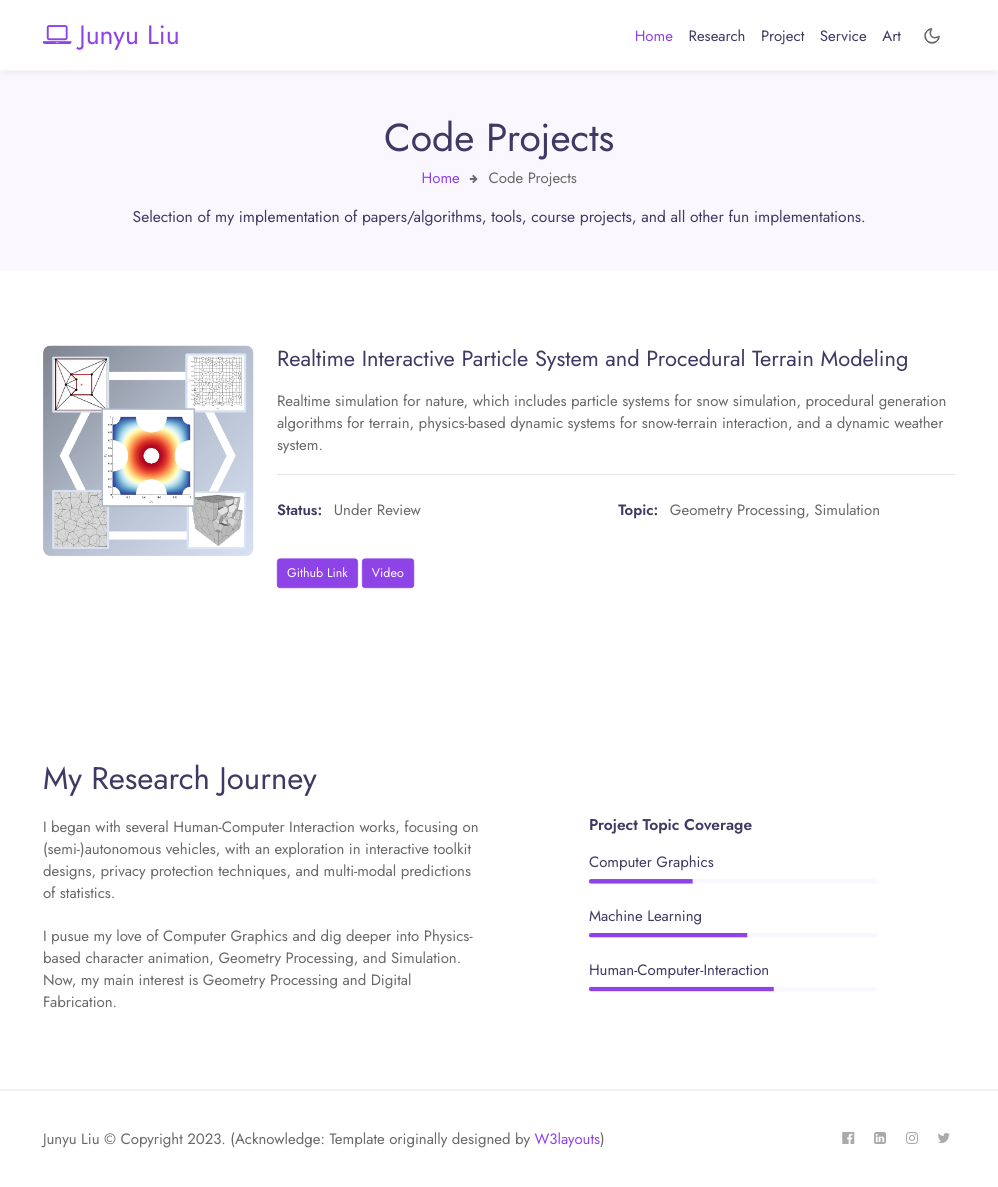
Repository: Junyu-Liu-Nate/junyu-liu-nate.github.io
Page: project.html
The author's editor kept a copy of each file at every save. The page is drawn from the files as they stood at one save, then again after a run of saves.
The browser window is 1280 px wide. The pictures show the whole page, at 78% of full size.

Above is the page before, as saved 2024-04-10 18:04:56.
Console error: TypeError: Cannot read properties of null (reading 'classList')

### project.html
<!--
Author: Junyu Liu
Author: W3layouts
Author URL: http://w3layouts.com
-->
<!doctype html>
<html lang="en">

<head>
  <!-- Required meta tags -->
  <meta charset="utf-8">
  <meta name="viewport" content="width=device-width, initial-scale=1, shrink-to-fit=no">

  <title>Junyu Liu - Projects</title>

  <!-- google fonts -->
  <link href="//fonts.googleapis.com/css2?family=Jost:wght@300;400;600&display=swap" rel="stylesheet">

  <!-- Template CSS -->
  <link rel="stylesheet" href="assets/css/style-starter.css">
</head>

<body>
<!-- header -->
<header id="site-header" class="fixed-top">
  <div class="container">
      <nav class="navbar navbar-expand-lg stroke">
          <a class="navbar-brand" href="index.html">
              <span class="fa fa-laptop"></span> Junyu Liu
          </a>
          <!-- if logo is image enable this
      <a class="navbar-brand" href="#index.html">
          <img src="image-path" alt="Your logo" title="Your logo" style="height:35px;" />
      </a> -->
          <button class="navbar-toggler  collapsed bg-gradient" type="button" data-toggle="collapse"
              data-target="#navbarTogglerDemo02" aria-controls="navbarTogglerDemo02" aria-expanded="false"
              aria-label="Toggle navigation">
              <span class="navbar-toggler-icon fa icon-expand fa-bars"></span>
              <span class="navbar-toggler-icon fa icon-close fa-times"></span>
              </span>
          </button>

          <div class="collapse navbar-collapse" id="navbarTogglerDemo02">
            <ul class="navbar-nav ml-auto">
                <li class="nav-item active">
                    <a class="nav-link" href="index.html">Home <span class="sr-only">(current)</span></a>
                </li>
                <li class="nav-item @@research_active">
                    <a class="nav-link" href="research.html">Research</a>
                </li>
                <li class="nav-item @@project_active">
                  <a class="nav-link" href="project.html">Project</a>
                </li>
                <li class="nav-item @@service_active">
                  <a class="nav-link" href="service.html">Service</a>
                </li>
                <li class="nav-item @@art_active">
                    <a class="nav-link" href="art.html">Art</a>
                </li>
            </ul>
        </div>
          <!-- toggle switch for light and dark theme -->
          <div class="mobile-position">
              <nav class="navigation">
                  <div class="theme-switch-wrapper">
                      <label class="theme-switch" for="checkbox">
                          <input type="checkbox" id="checkbox">
                          <div class="mode-container">
                              <i class="gg-sun"></i>
                              <i class="gg-moon"></i>
                          </div>
                      </label>
                  </div>
              </nav>
          </div>
          <!-- //toggle switch for light and dark theme -->
      </nav>
  </div>
</header>
<!-- //header -->

<!-- about breadcrumb -->
<section class="w3l-about-breadcrumb text-center">
    <div class="breadcrumb-bg breadcrumb-bg-about py-sm-5 py-4">
        <div class="container py-2">
            <h2 class="title">Code Projects</h2>
            <ul class="breadcrumbs-custom-path mt-2">
                <li><a href="index.html">Home</a></li>
                <li class="active"><span class="fa fa-arrow-right mx-2" aria-hidden="true"></span> Code Projects </li>
            </ul>
            <br>
            <h5>Selection of my implementation of papers/algorithms, tools, course projects, and all other fun implementations.</h5>
        </div>
    </div>
</section>
<!-- //about breadcrumb -->

<!-- about page about section -->
<section class="w3l-aboutblock1" id="about">
    <div class="midd-w3 py-5">
        <div class="container py-lg-5 py-md-3">
              <div class="row">
                <div class="col-lg-3">
                  <div class="position-relative">
                      <img src="assets/images/project/thumnail/port-FEM-vs-VEM.png" alt="" class="radius-image img-fluid">
                  </div>
                </div>
                <div class="col-lg-9 mt-lg-0 mt-5">
                    <!-- <h5 class="title-small mb-2">Hello, I am UI/UX Designer</h5> -->
                    <h3 class="title">Realtime Interactive Particle System and Procedural Terrain Modeling</h3>
                    <p class="mt-4">
                      Realtime simulation for nature, which includes particle systems for snow simulation, procedural generation algorithms for terrain, physics-based dynamic systems for snow-terrain interaction, and a dynamic weather system.
                    </p>
                    <!-- <p class="mt-4">Proposed, developed and validated the first formalization method of Feint actions, the Palindrome-directed Generation of Feint. Designed and developed an automatic Feint generation model, FeintNet, to incorporate action-level policy designs with the formalization, enabling the effectiveness of Feint in multi-agent scenarios. The experiment results show that Feint actions brings overall benefits and introduce a great extent of diversity in Multi-Player Games.</p> -->
                    <div class="my-info mt-4">
                        <div class="single-info"><span>Status:</span>
                            <p>Under Review</p>
                        </div>
                        <div class="single-info"><span>Topic:</span>
                          <p>Geometry Processing, Simulation</p>
                        </div>
                    </div>
                    <div class="mt-sm-5 mt-4">
                      <a href="projects/Polygedral.html" class="btn btn-primary">Github Link</a>
                      <a href="https://youtu.be/e83U_-0MTHk" class="btn btn-primary">Video</a>
                      <!-- <a href="#download" class="btn btn-primary">Paper</a> -->
                      <!-- <a href="#download" class="btn btn-primary">Code</a> -->
                      <!-- <a href="#download" class="btn btn-primary">Video</a> -->
                    </div>
                    <!-- <div class="my-social mt-lg-3 mt-4">
                        <a href="#download" class="btn btn-style btn-primary">Detailed Info</a>
                        <ul class="social m-0 p-0">
                            <a href="#download" class="btn btn-outline-primary btn-style mr-2">Website</a>
                            <a href="#download" class="btn btn-outline-primary btn-style mr-2">Paper</a>
                            <a href="#download" class="btn btn-outline-primary btn-style mr-2">Code</a>
                        </ul>
                    </div> -->
                </div>
            </div>

            <!-- <p><br>-----------------------------------------------------------------------------------------------------------------------------------------------------------------------------------<br><br></p> -->
            <p><br></p>

        </div>
    </div>
</section>
<!-- //about page about section -->

<!-- about page third section -->
<section class="w3l-content-6 py-5">
    <div class="content-6-mian py-lg-5 py-md-4">
        <div class="container">
            <div class="content-info-in row">
                <div class="content-gd col-lg-6">
                    <h3 class="title-big mb-4">My Research Journey</h3>
                    <p>
                      I began with several Human-Computer Interaction works, focusing on (semi-)autonomous vehicles, with an exploration in interactive toolkit designs, privacy protection techniques, and multi-modal predictions of statistics.
                      <br><br>

                      I pusue my love of Computer Graphics and dig deeper into Physics-based character animation, Geometry Processing, and Simulation. Now, my main interest is Geometry Processing and Digital Fabrication.
                    </p>
                </div>
                <div class="content-gd col-lg-4 offset-lg-1">
                    <br><br><br>
                    <h5><b>Project Topic Coverage</b></h5><br>
                    <div class="progress-info">
                        <h6 class="progress-tittle">Computer Graphics</h6>
                        <div class="progress">
                            <div class="progress-bar progress-bar-striped" role="progressbar" style="width: 36%"
                                aria-valuenow="36" aria-valuemin="0" aria-valuemax="100">
                            </div>
                        </div>
                    </div>
                    <div class="progress-info">
                        <h6 class="progress-tittle">Machine Learning
                        </h6>
                        <div class="progress">
                            <div class="progress-bar progress-bar-striped" role="progressbar" style="width: 55%"
                                aria-valuenow="55" aria-valuemin="0" aria-valuemax="100">
                            </div>
                        </div>
                    </div>
                    <div class="progress-info">
                        <h6 class="progress-tittle">Human-Computer-Interaction</h6>
                        <div class="progress">
                            <div class="progress-bar progress-bar-striped" role="progressbar" style="width: 64%"
                                aria-valuenow="64" aria-valuemin="0" aria-valuemax="100">
                            </div>
                        </div>
                    </div>
                </div>
            </div>
        </div>
    </div>
</section>
<!-- about page third section -->

<!-- Footer -->
<section class="w3l-footer py-sm-5 py-4">
  <div class="container">
    <div class="footer-content">
      <div class="row">
        <div class="col-lg-8 footer-left">
          <p class="m-0">Junyu Liu © Copyright 2023. (Acknowledge: Template originally designed by <a href="https://w3layouts.com">W3layouts</a>)</p>
        </div>
        <div class="col-lg-4 footer-right text-lg-right text-center mt-lg-0 mt-3">
          <ul class="social m-0 p-0">
            <li><a href="#facebook"><span class="fa fa-facebook-official"></span></a></li>
            <li><a href="#linkedin"><span class="fa fa-linkedin-square"></span></a></li>
            <li><a href="#instagram"><span class="fa fa-instagram"></span></a></li>
            <li><a href="#twitter"><span class="fa fa-twitter"></span></a></li>
          </ul>
        </div>
      </div>
    </div>
  </div>

  <!-- move top -->
  <button onclick="topFunction()" id="movetop" title="Go to top">
    <span class="fa fa-angle-up"></span>
  </button>
  <script>
    // When the user scrolls down 20px from the top of the document, show the button
    window.onscroll = function () {
      scrollFunction()
    };

    function scrollFunction() {
      if (document.body.scrollTop > 20 || document.documentElement.scrollTop > 20) {
        document.getElementById("movetop").style.display = "block";
      } else {
        document.getElementById("movetop").style.display = "none";
      }
    }

    // When the user clicks on the button, scroll to the top of the document
    function topFunction() {
      document.body.scrollTop = 0;
      document.documentElement.scrollTop = 0;
    }
  </script>
  <!-- /move top -->
</section>
<!-- //Footer -->

<!-- all js scripts and files here -->

<script src="assets/js/theme-change.js"></script><!-- theme switch js (light and dark)-->

<script src="assets/js/jquery-3.3.1.min.js"></script><!-- default jQuery -->

<!-- /typig-text-->
<script>
  const typedTextSpan = document.querySelector(".typed-text");
  const cursorSpan = document.querySelector(".cursor");

  const textArray = ["UI/UX Designer", "Freelancer", "Web developer"];
  const typingDelay = 200;
  const erasingDelay = 10;
  const newTextDelay = 100; // Delay between current and next text
  let textArrayIndex = 0;
  let charIndex = 0;

  function type() {
    if (charIndex < textArray[textArrayIndex].length) {
      if (!cursorSpan.classList.contains("typing")) cursorSpan.classList.add("typing");
      typedTextSpan.textContent += textArray[textArrayIndex].charAt(charIndex);
      charIndex++;
      setTimeout(type, typingDelay);
    } else {
      cursorSpan.classList.remove("typing");
      setTimeout(erase, newTextDelay);
    }
  }

  function erase() {
    if (charIndex > 0) {
      // add class 'typing' if there's none
      if (!cursorSpan.classList.contains("typing")) {
        cursorSpan.classList.add("typing");
      }
      typedTextSpan.textContent = textArray[textArrayIndex].substring(0, 0);
      charIndex--;
      setTimeout(erase, erasingDelay);
    } else {
      cursorSpan.classList.remove("typing");
      textArrayIndex++;
      if (textArrayIndex >= textArray.length) textArrayIndex = 0;
      setTimeout(type, typingDelay);
    }
  }

  document.addEventListener("DOMContentLoaded", function () { // On DOM Load initiate the effect
    if (textArray.length) setTimeout(type, newTextDelay + 250);
  });
</script>
<!-- //typig-text-->

<!-- services owlcarousel -->
<script src="assets/js/owl.carousel.js"></script>

<!-- script for services -->
<script>
  $(document).ready(function () {
    $('.owl-two').owlCarousel({
      loop: true,
      margin: 30,
      nav: false,
      responsiveClass: true,
      autoplay: false,
      autoplayTimeout: 5000,
      autoplaySpeed: 1000,
      autoplayHoverPause: false,
      responsive: {
        0: {
          items: 1,
          nav: false
        },
        480: {
          items: 1,
          nav: false
        },
        700: {
          items: 1,
          nav: false
        },
        1090: {
          items: 3,
          nav: false
        }
      }
    })
  })
</script>
<!-- //script for services -->

<!-- script for tesimonials carousel slider -->
<script>
  $(document).ready(function () {
    $("#owl-demo1").owlCarousel({
      loop: true,
      margin: 20,
      nav: false,
      responsiveClass: true,
      responsive: {
        0: {
          items: 1,
          nav: false
        },
        736: {
          items: 1,
          nav: false
        },
        1000: {
          items: 2,
          nav: false,
          loop: false
        }
      }
    })
  })
</script>
<!-- //script for tesimonials carousel slider -->

<!-- video popup -->
<script src="assets/js/jquery.magnific-popup.min.js"></script>
<script>
  $(document).ready(function () {
    $('.popup-with-zoom-anim').magnificPopup({
      type: 'inline',

      fixedContentPos: false,
      fixedBgPos: true,

      overflowY: 'auto',

      closeBtnInside: true,
      preloader: false,

      midClick: true,
      removalDelay: 300,
      mainClass: 'my-mfp-zoom-in'
    });

    $('.popup-with-move-anim').magnificPopup({
      type: 'inline',

      fixedContentPos: false,
      fixedBgPos: true,

      overflowY: 'auto',

      closeBtnInside: true,
      preloader: false,

      midClick: true,
      removalDelay: 300,
      mainClass: 'my-mfp-slide-bottom'
    });
  });
</script>
<!-- //video popup -->

<!-- stats number counter-->
<script src="assets/js/jquery.waypoints.min.js"></script>
<script src="assets/js/jquery.countup.js"></script>
<script>
  $('.counter').countUp();
</script>
<!-- //stats number counter -->

<!-- disable body scroll which navbar is in active -->
<script>
  $(function () {
    $('.navbar-toggler').click(function () {
      $('body').toggleClass('noscroll');
    })
  });
</script>
<!-- disable body scroll which navbar is in active -->

<!--/MENU-JS-->
<script>
  $(window).on("scroll", function () {
    var scroll = $(window).scrollTop();

    if (scroll >= 80) {
      $("#site-header").addClass("nav-fixed");
    } else {
      $("#site-header").removeClass("nav-fixed");
    }
  });

  //Main navigation Active Class Add Remove
  $(".navbar-toggler").on("click", function () {
    $("header").toggleClass("active");
  });
  $(document).on("ready", function () {
    if ($(window).width() > 991) {
      $("header").removeClass("active");
    }
    $(window).on("resize", function () {
      if ($(window).width() > 991) {
        $("header").removeClass("active");
      }
    });
  });
</script>
<!--//MENU-JS-->

<!-- bootstrap js -->
<script src="assets/js/bootstrap.min.js"></script>

</body>

</html>

Loaded but not shown: assets/css/style-starter.css (library); assets/js/theme-change.js (common file); assets/js/jquery-3.3.1.min.js (library); assets/js/owl.carousel.js (library); assets/js/jquery.magnific-popup.min.js (library); assets/js/jquery.waypoints.min.js (library); assets/js/jquery.countup.js (common file); assets/js/bootstrap.min.js (library)

After the next 2 saves:
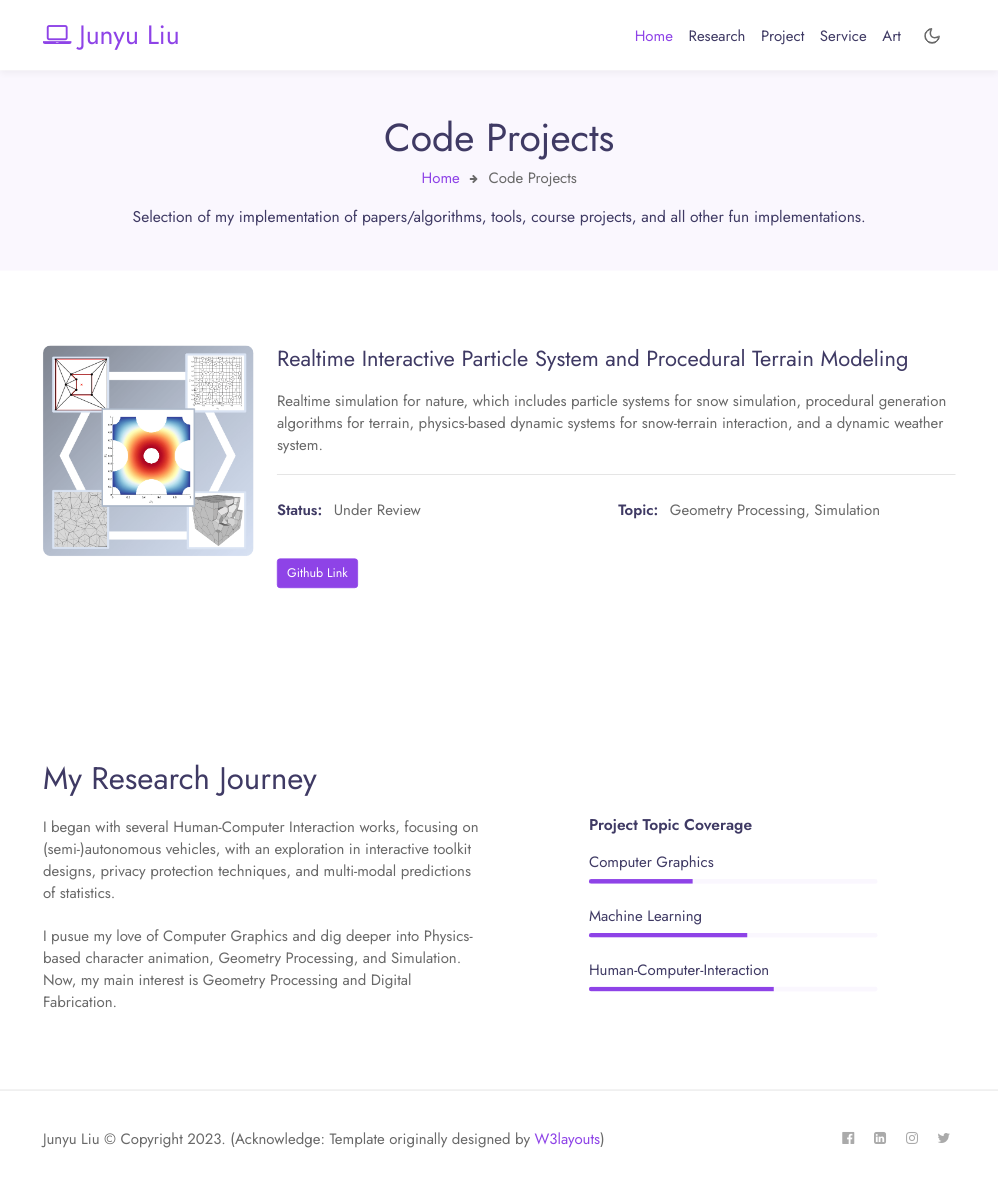
The 2 saves are shown as one change because they came seconds apart.
The last was saved 16 s later.
--- a/project.html
+++ b/project.html
@@ -121,8 +121,8 @@ Author URL: http://w3layouts.com
                         </div>
                     </div>
                     <div class="mt-sm-5 mt-4">
-                      <a href="projects/Polygedral.html" class="btn btn-primary">Github Link</a>
-                      <a href="https://youtu.be/e83U_-0MTHk" class="btn btn-primary">Video</a>
+                      <a href="https://github.com/Junyu-Liu-Nate/Realtime-Interactive-Particle-System-Procedural-Modeling-OpenGL" class="btn btn-primary">Github Link</a>
+                      <!-- <a href="https://youtu.be/e83U_-0MTHk" class="btn btn-primary">Video</a> -->
                       <!-- <a href="#download" class="btn btn-primary">Paper</a> -->
                       <!-- <a href="#download" class="btn btn-primary">Code</a> -->
                       <!-- <a href="#download" class="btn btn-primary">Video</a> -->
